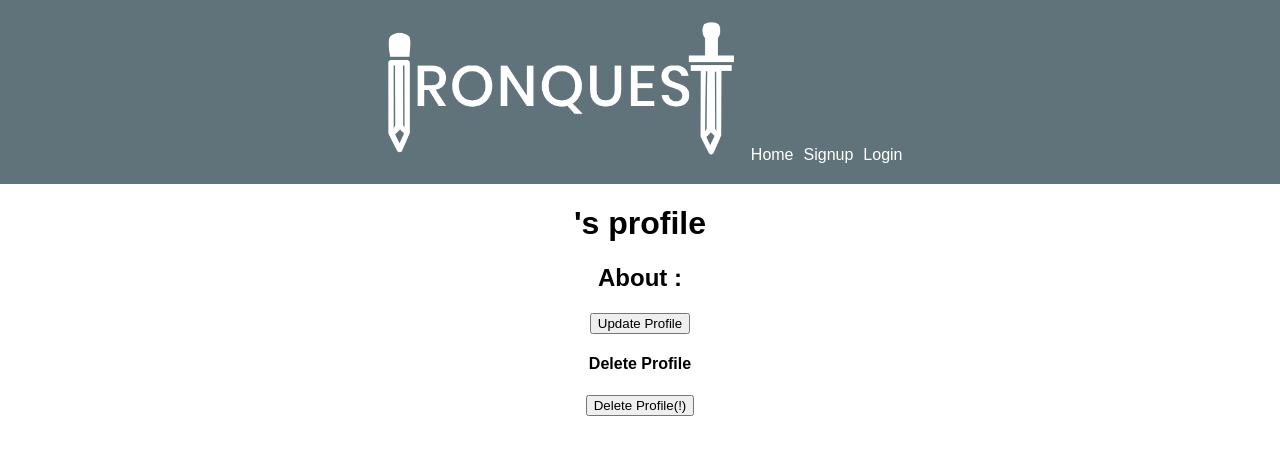
Repository: MikeTroianello/project4
Page: /profile (app in client/)
An editor plug-in stored every save of this project. The page is shown before and after the next save, followed by the edit.
The browser window is 1280 px wide. The pictures show the whole page.
The page's requests for data from a server got no answer. The project was rebuilt for these pictures with package versions that can differ from the ones it lists, and the page was loaded fresh each time. No one was signed in, and anything a server would have sent is missing. Also part of the build but not shown: client/src/components/pages/StoryPage.jsx, client/src/components/pages/CreateStory.jsx, client/src/components/pages/ReadStory.jsx, client/src/components/pages/Home.jsx, client/src/components/pages/Login.jsx, client/src/components/pages/Signup.jsx.

Above is the page before, as saved 2019-03-22 10:09:58.

After the next save:
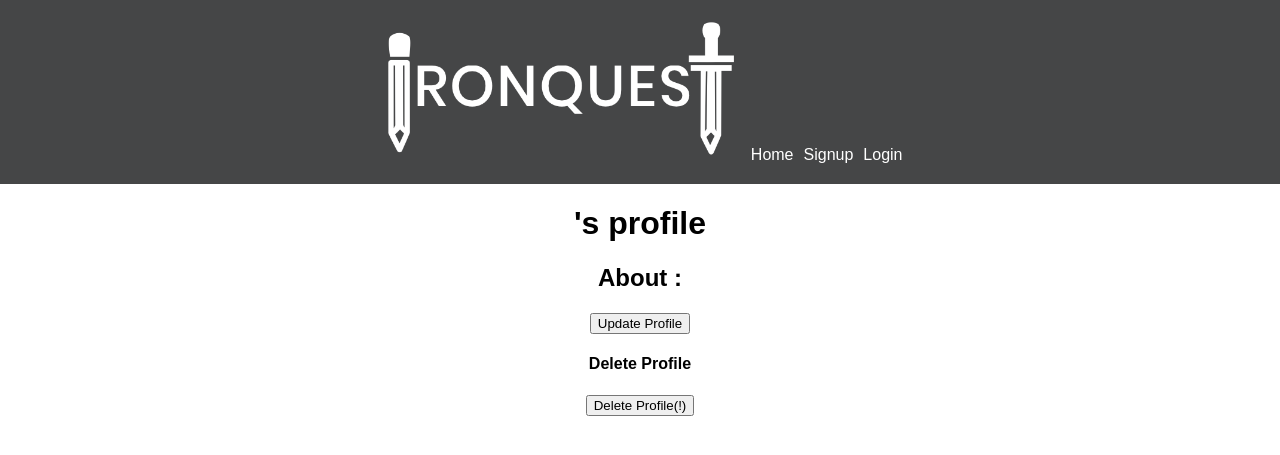
Saved 30 s later.
--- a/client/src/index.scss
+++ b/client/src/index.scss
@@ -1,6 +1,6 @@
 // --------------------
 // Definition of variables
-$primary: #61737a;
+$primary: #454647;
 
 
 // ----------------------------------------
